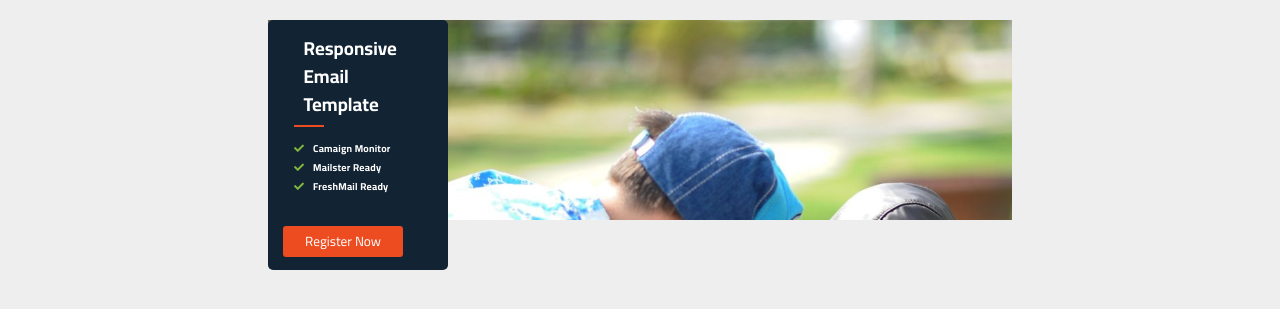
Repository: Z-ayat/Challenges
Page: Challenge 3/index.html
The author's editor kept a copy of each file at every save. The page is drawn from the files as they stood at one save, then again after the next save.
The browser window is 1280 px wide. The pictures show the whole page.

Above is the page before, as saved 2021-09-04 01:03:45.

### Challenge 3/index.html
<!DOCTYPE html>
<html lang="en">

<head>
    <meta charset="UTF-8">
    <title>Responsive Mail</title>
    <link rel="stylesheet" href="styling/css/master.css">
    <link rel="stylesheet" href="styling/css/all.min.css">
    <link rel="preconnect" href="https://fonts.googleapis.com">
    <link rel="preconnect" href="https://fonts.gstatic.com" crossorigin>
    <link href="https://fonts.googleapis.com/css2?family=Cairo:wght@400;600;700;900&display=swap" rel="stylesheet">
</head>

<body>
    <div class="layout">
        <div class="header">
            <div class="pop">
                <h3>Responsive Email Template</h3>
                <div class="checked">
                    <p class="green-right">Camaign Monitor</p>
                    <p class="green-right">Mailster Ready</p>
                    <p class="green-right">FreshMail Ready</p>
                </div>
                <button class="reg">Register Now</button>
            </div>
        </div>
        <div class="nthere">
            <div class="bord"></div>
        </div>
        <div class="cards">
            <div class="one"></div>
            <div class="two"></div>
            <div class="three"></div>
        </div>
        <div class="foot"><img src="" alt=""></div>
    </div>
</body>

</html>

### Challenge 3/styling/css/master.css
* {
    padding: 0;
    margin: 0;
    box-sizing: border-box;
}

:root {
    --maincolor: #122333;
    --secondrycolor: #ED4C21;
    --fontcolor: white;
    /* --anothercolor:; */
    --mainfont: 'Cairo', sans-serif;
}

h3 {
    width: 124px;
    font-family: var(--mainfont);
    color: var(--fontcolor);
}

.layout {
    padding: 20px;
    display: grid;
    gap: 10px;
    grid-template-rows: auto repeat(4, 1fr) auto;
    grid-template-columns: auto 60% auto;
    height: 100vh;
}

div {
    background-color: #eee;
}

.header {
    position: relative;
    grid-column-start: 2;
    width: 100%;
    height: 200px;
    background: url(../img/images-24_1080x.jpg);
    background-attachment: 20%;
    background-repeat: no-repeat;
    background-size: cover;
}

.green-right {
    position: relative;
    margin-left: 30px;
    font-size: 10px;
    font-weight: bold;
    letter-spacing: 0.23px;
    color: var(--fontcolor);
    font-family: var(--mainfont);
}

.checked {
    margin-top: 20px;
    background-color: var(--maincolor);
}

.pop {
    position: absolute;
    padding-top: 5px;
    padding-left: 15px;
    border-radius: 5px;
    width: 180px;
    height: 250px;
    background-color: var(--maincolor);
    -webkit-border-radius: 5px;
    -moz-border-radius: 5px;
    -ms-border-radius: 5px;
    -o-border-radius: 5px;
}

.pop h3 {
    line-height: 1.5;
    position: relative;
    margin: 10px auto;
}

.pop h3::after {
    position: absolute;
    content: "";
    height: 2px;
    width: 30px;
    bottom: -8px;
    left: -10px;
    background-color: var(--secondrycolor);
}

.green-right::before {
    position: absolute;
    top: 4px;
    display: block;
    left: -19px;
    float: left;
    color: #81B73E;
    font-family: "Font Awesome 5 Free";
    font-weight: 900;
    content: "\f00c";
}

.green-right::before {
    display: inline-block;
    font-style: normal;
    font-variant: normal;
    text-rendering: auto;
    -webkit-font-smoothing: antialiased;
}

.reg {
    padding: 3px;
    width: 120px;
    color: var(--fontcolor);
    background-color: var(--secondrycolor);
    outline: none;
    border: none;
    border-radius: 3px;
    margin: 30px 0 20px 0px;
    font-family: var(--mainfont);
    -webkit-border-radius: 3px;
    -moz-border-radius: 3px;
    -ms-border-radius: 3px;
    -o-border-radius: 3px;
}

Loaded but not shown: Challenge 3/styling/css/all.min.css (library)

After the next save:
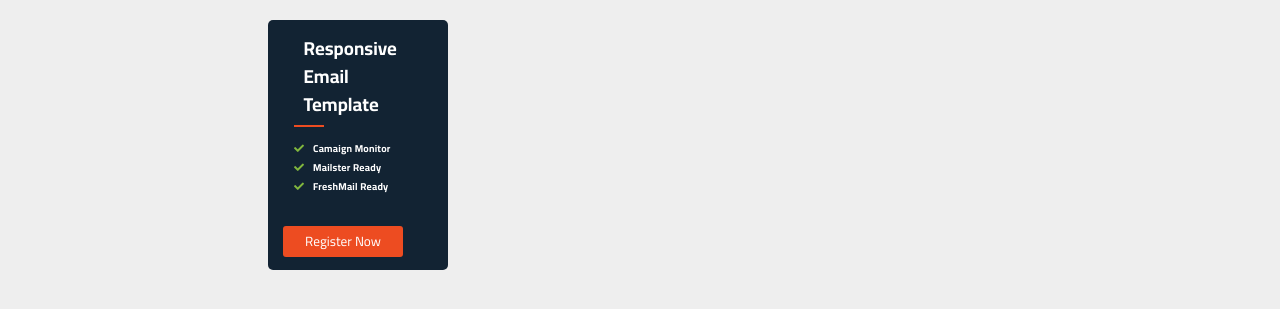
Saved 62 s later.
--- a/Challenge 3/styling/css/master.css
+++ b/Challenge 3/styling/css/master.css
@@ -36,10 +36,7 @@
     grid-column-start: 2;
     width: 100%;
     height: 200px;
-    background: url(../img/images-24_1080x.jpg);
-    background-attachment: 20%;
-    background-repeat: no-repeat;
-    background-size: cover;
+    background: url(../img/images-24_1080x.jpg) no-repeat cover;
 }
 
 .green-right {

After the save that followed:
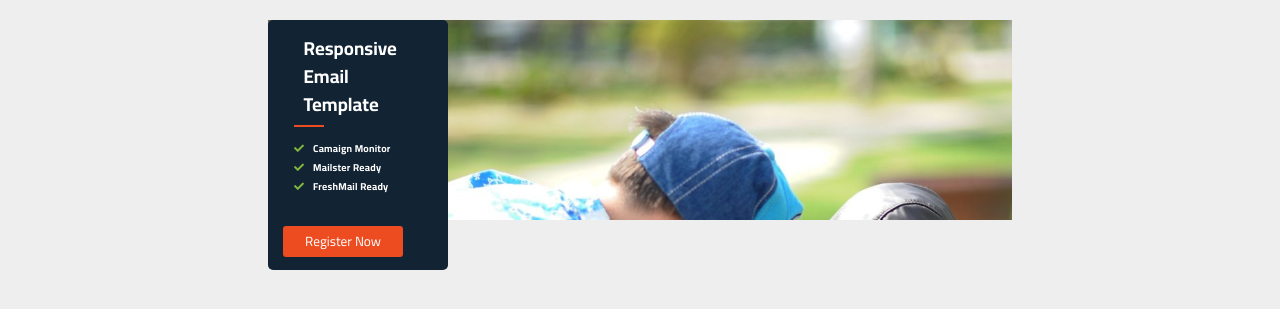
Saved 14 s later.
--- a/Challenge 3/styling/css/master.css
+++ b/Challenge 3/styling/css/master.css
@@ -36,7 +36,9 @@
     grid-column-start: 2;
     width: 100%;
     height: 200px;
-    background: url(../img/images-24_1080x.jpg) no-repeat cover;
+    background: url(../img/images-24_1080x.jpg);
+    background-repeat: no-repeat;
+    background-size: cover;
 }
 
 .green-right {
